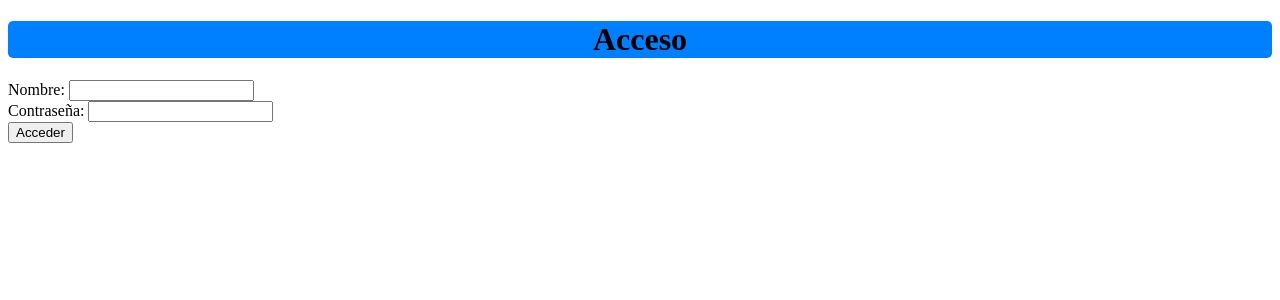
Repository: MateoSantander/Ejercicios4y5
Page: http://localhost/Ejercicio_4/JSP_login.jsp
An editor plug-in stored every save of this project. The page is shown before and after the next save, followed by the edit.
The browser window is 1280 px wide. The pictures show the whole page.
The page is served by Tomcat 9.

Above is the page before, as saved 2022-03-18 13:18:04.

After the next save:
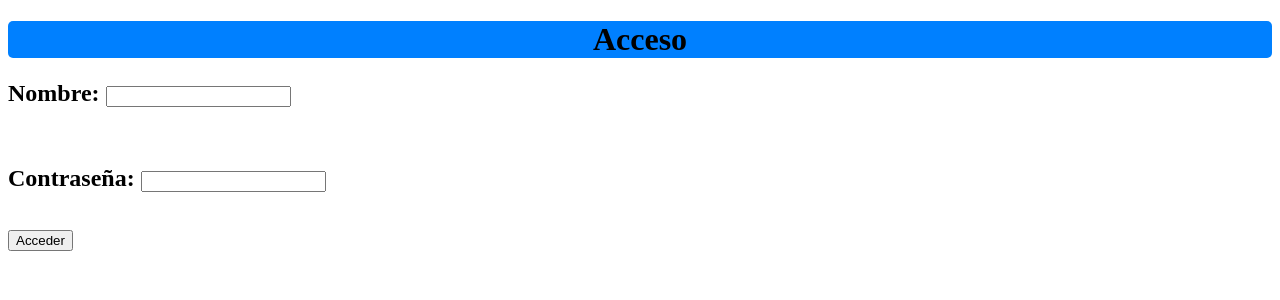
Saved 3 min 12 s later.
--- a/Ejercicio_4/src/main/webapp/JSP_login.jsp
+++ b/Ejercicio_4/src/main/webapp/JSP_login.jsp
@@ -10,9 +10,9 @@
 <body>
 			<h1>Acceso</h1>
 		<form action="login" method="post">
-			Nombre: <input type="text" class="form-control" name="username"/>
+			<h2>Nombre: <input type="text" class="form-control" name="username"/></h2>
 			<br/>
-			Contraseña: <input type="password" class="form-control" name="password"/>
+			<h2>Contraseña: <input type="password" class="form-control" name="password"/></h2>
 			<br/>
 			<input type="submit" value="Acceder">
 		</form>
